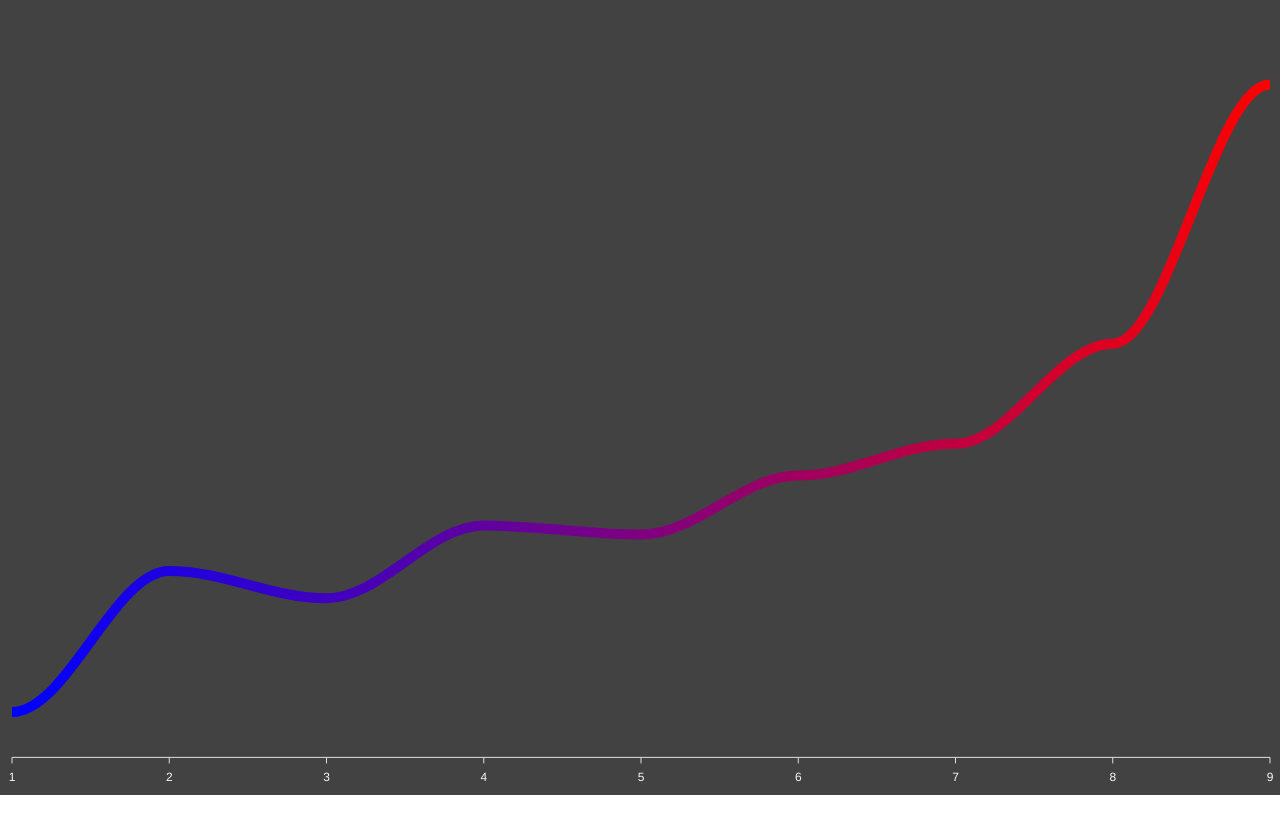
Repository: wanted-pre-onboarding-internship-1team/pre-onboarding-9th-3-1
Page: /
An editor plug-in stored every save of this project. The page is shown before and after the next save, followed by the edit.
The browser window is 1280 px wide. The pictures show the whole page.
The project was rebuilt for these pictures with package versions that can differ from the ones it lists, and the page was loaded fresh each time.

Above is the page before, as saved 2023-03-14 16:29:27.

After the next save:
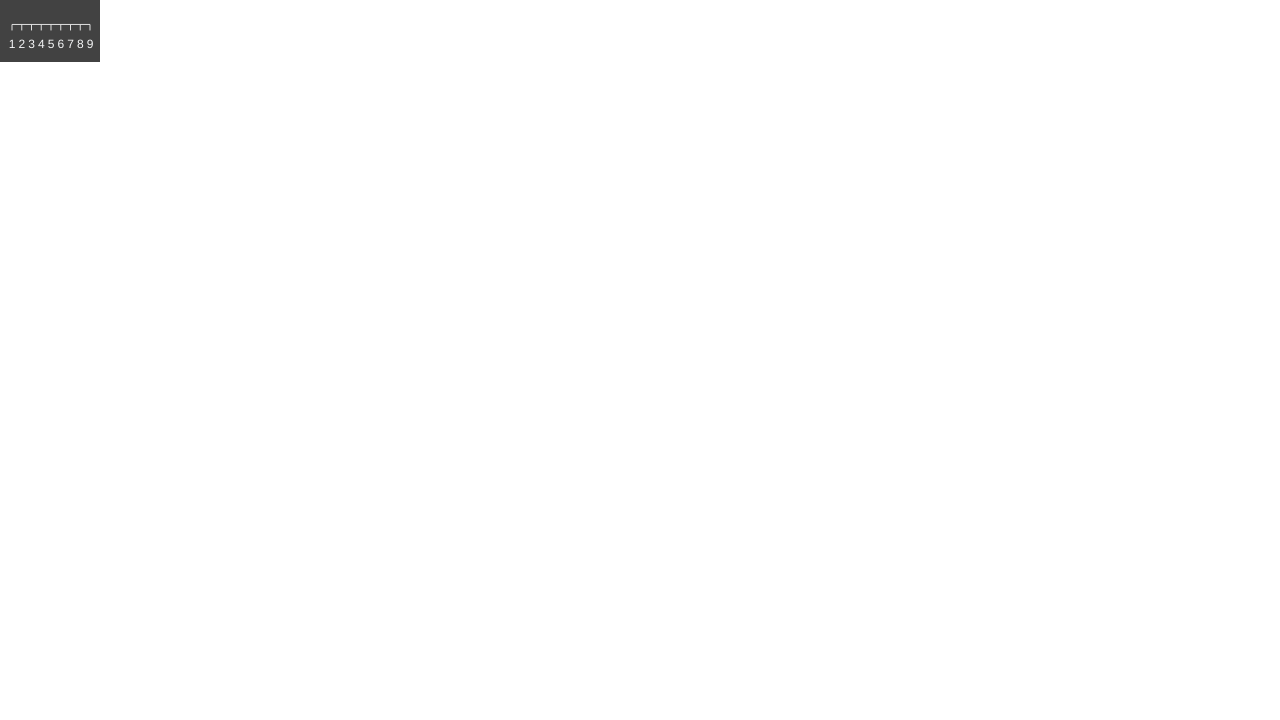
Saved 8 s later.
--- a/src/pages/Mainpage.tsx
+++ b/src/pages/Mainpage.tsx
@@ -5,6 +5,7 @@
   return (
     <div>
       <ApexCharts
+        width={'100'}
         type='line'
         series={[
           {

After the save that followed:
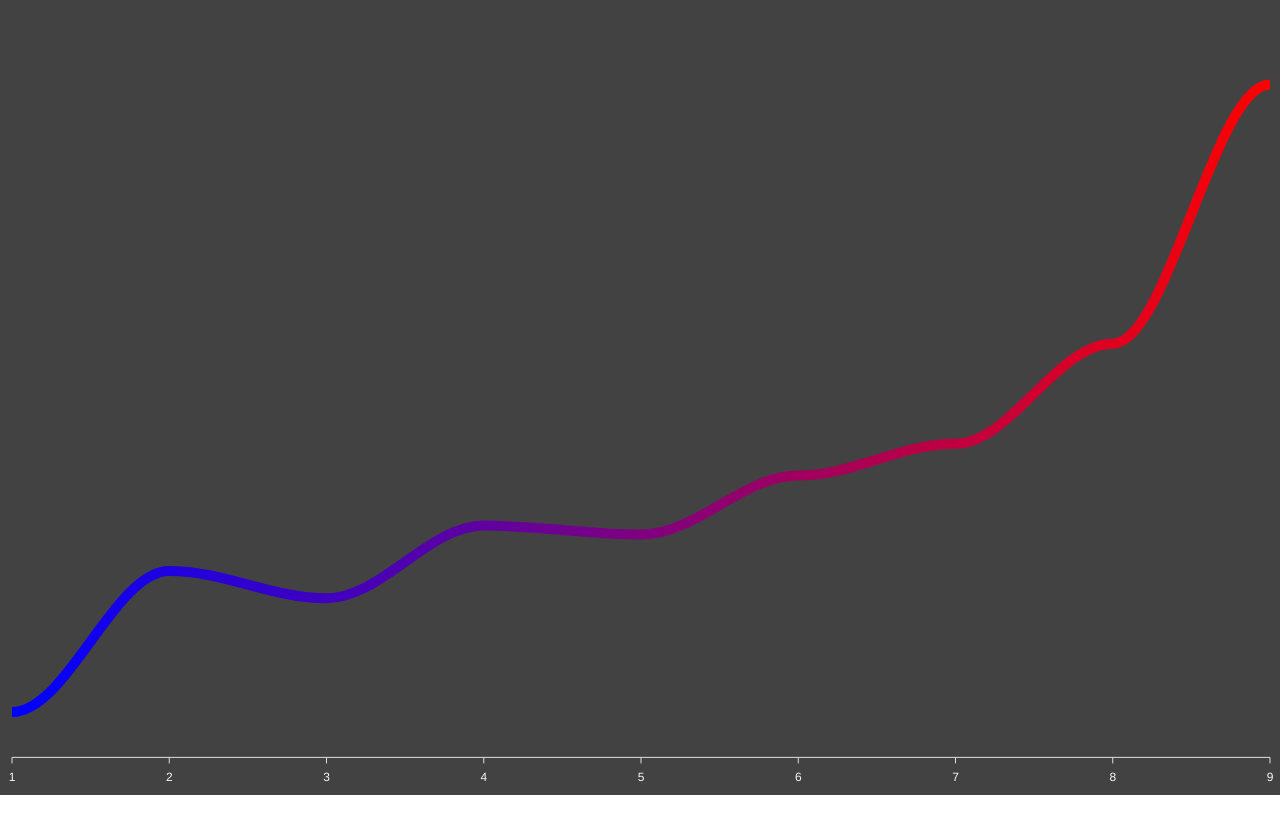
Saved 6 s later.
--- a/src/pages/Mainpage.tsx
+++ b/src/pages/Mainpage.tsx
@@ -5,7 +5,6 @@
   return (
     <div>
       <ApexCharts
-        width={'100'}
         type='line'
         series={[
           {
